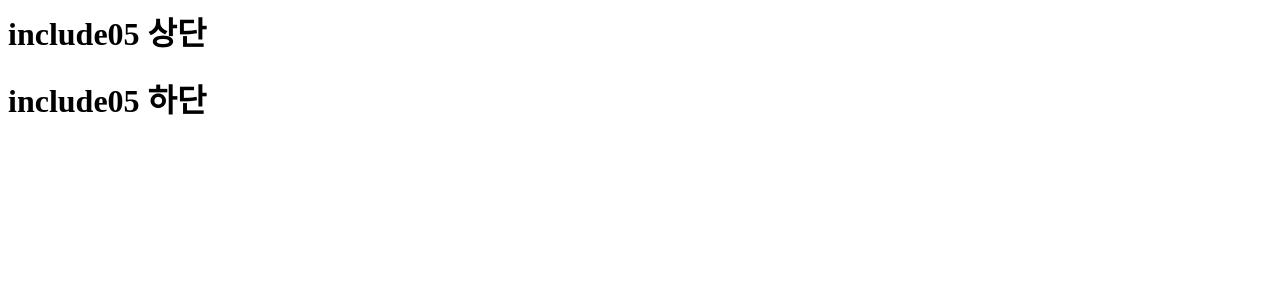
Repository: psg1415/jsp
Page: http://localhost/JSPBook/ch04/include05.jsp
These files come from the project's save history. The page is drawn as it stood at one moment and after the next save; the edit follows.
The browser window is 1280 px wide. The pictures show the whole page.
The page is served by Tomcat 9. Nobody is signed in. The application's start-up code is not run.

Above is the page before, as saved 2021-09-29 02:17:35.

After the next save:
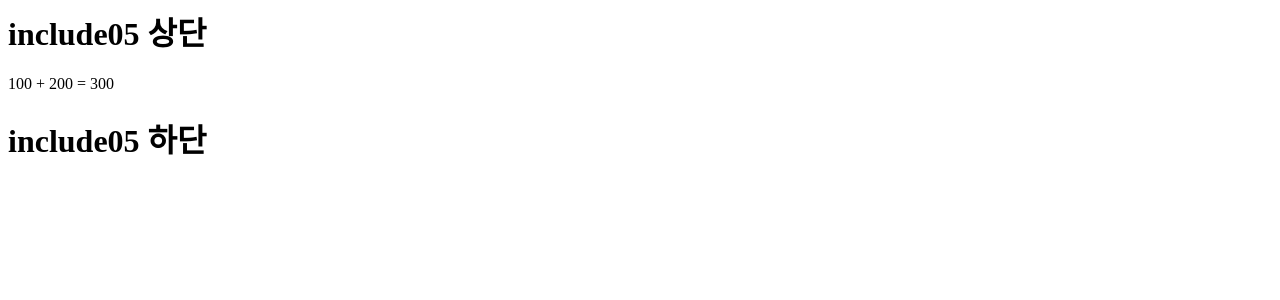
Saved 26 s later.
--- a/JSPBook/src/main/webapp/ch04/include06.jsp
+++ b/JSPBook/src/main/webapp/ch04/include06.jsp
@@ -8,3 +8,4 @@
 	int num1 = Integer.parseInt(request.getParameter("num1"));
 	int num2 = Integer.parseInt(request.getParameter("num2"));
 %>
+<%=num1%> + <%=num2%> = <%=(num1 + num2)%>
